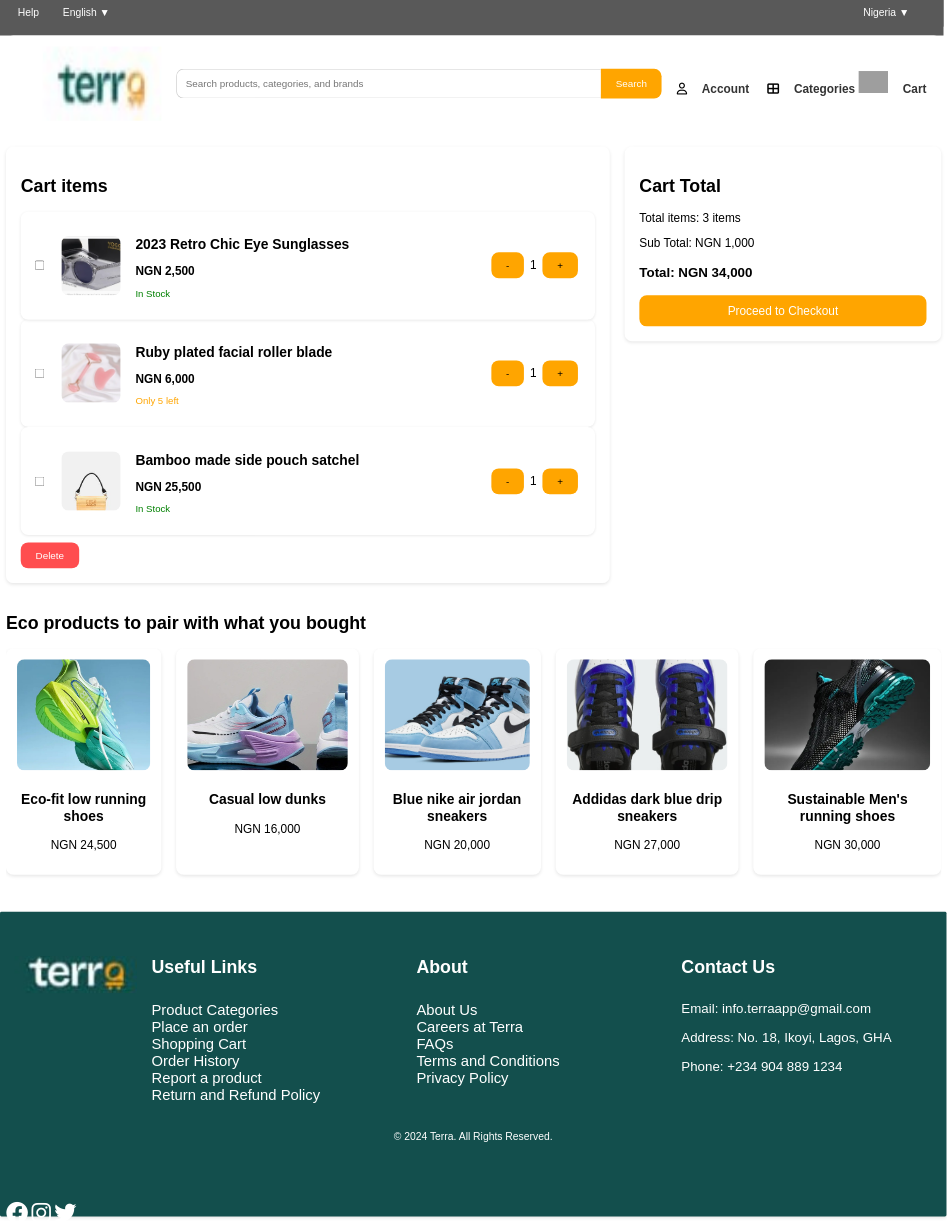
Repository: Femi007-gh/e-commerce
Page: index.html
The author's editor kept a copy of each file at every save. The page is drawn from the files as they stood at one save, then again after the next save.
The browser window is 1280 px wide. The pictures show the whole page, at 74% of full size.
Pictures or frames that could not be fetched are drawn as grey boxes.

Above is the page before, as saved 2025-04-29 13:58:21.

### index.html
<html>
    <head>
      <title>Shopping Cart Page</title>
      <link rel="stylesheet" href="https://cdnjs.cloudflare.com/ajax/libs/font-awesome/6.4.0/css/all.min.css" />
      <link rel="stylesheet" href="style.css">
    </head>
  <body>
    <header>
    <div class="div1">
<div class="top-bar">
  <div class="left">
    <div class="dropdown">
      <button class="dropbtn">Help</button>
    </div>
    <div class="dropdown">
      <button class="dropbtn">English ▼</button>
      <div class="dropdown-content">
        <a href="#">English</a>
        <a href="#">Japanese</a>
        <a href="#">Korean</a>
      </div>
    </div>
  </div>
  <div class="right">
    <div class="dropdown">
      <button class="dropbtn">Nigeria ▼</button>
      <div class="dropdown-content">
        <a href="#">Nigeria</a>
        <a href="#">USA</a>
        <a href="#">China</a>
        </div>
      </div>
     </div>
   </div>
  </div>

<nav class="nav-bar">
  <div class="logo"><img src="terra.jpg" class="ter"></div>
  <div class="search-bar">
    <input type="text" placeholder="Search products, categories, and brands">
    <button>Search</button>
  </div>
  <div class="nav-icons">
    <i class="fa-regular fa-user"></i><a href="#">Account</a>
    <i class="fa-solid fa-table-cells-large"></i><a href="#">Categories</a>
    <img src="cart.png" class="cat"><a href="#">Cart</a>
  </div>
</nav>


<main class="cart-page">
  <section class="cart-section">
    <h2>Cart items</h2>

    <div class="cart-items">
      <div class="cart-item">
        <input type="checkbox">
        <img src="glass.jpg" alt="Retro Chic Eye Sunglasses">
        <div class="item-details">
          <h3>2023 Retro Chic Eye Sunglasses</h3>
          <p class="price">NGN 2,500</p>
          <p class="stock in-stock">In Stock</p>
        </div>
        <div class="item-quantity">
          <button class="minus">-</button>
          <span>1</span>
          <button>+</button>
        </div>
      </div>
      </div>

      <div class="cart-item">
        <input type="checkbox">
        <img src="roll.jpg" alt="Ruby plated facial roller blade">
        <div class="item-details">
          <h3>Ruby plated facial roller blade</h3>
          <p class="price">NGN 6,000</p>
          <p class="stock low-stock">Only 5 left</p>
        </div>
        <div class="item-quantity">
          <button class="minus">-</button>
          <span>1</span>
          <button>+</button>
        </div>
      </div>

      <div class="cart-item">
        <input type="checkbox">
        <img src="bamboo.jpeg" alt="Bamboo made side pouch satchel">
        <div class="item-details">
          <h3>Bamboo made side pouch satchel</h3>
          <p class="price">NGN 25,500</p>
          <p class="stock in-stock">In Stock</p>
        </div>
        <div class="item-quantity">
          <button class="minus">-</button>
          <span>1</span>
          <button>+</button>
        </div>
      </div>

      <button class="delete-btn">Delete</button>
    </div>
  </section>




<aside class="cart-summary">
  <h2>Cart Total</h2>
  <p>Total items: 3 items</p>
  <p>Sub Total: NGN 1,000</p>
  <p class="total">Total: NGN 34,000</p>
  <button class="checkout-btn">Proceed to Checkout</button>
</aside>
</main>

<section class="recommendation-section">
  <h2>Eco products to pair with what you bought</h2>

  <div class="recommendations">
    <div class="product">
      <img src="low.jpg" alt="Eco-fit low running shoes">
      <h3>Eco-fit low running shoes</h3>
      <p>NGN 24,500</p>
    </div>
    <div class="product">
      <img src="girl.jpg" alt="Casual low dunks">
      <h3>Casual low dunks</h3>
      <p>NGN 16,000</p>
    </div>
    <div class="product">
      <img src="nike.jpg" alt="Black Love themed bamboo high tops">
      <h3>Blue nike air jordan sneakers</h3>
      <p>NGN 20,000</p>
    </div>
    <div class="product">
      <img src="adidas.jpg" alt="White Love themed bamboo high tops">
      <h3>Addidas dark blue drip sneakers</h3>
      <p>NGN 27,000</p>
    </div>
    <div class="product">
      <img src="men.jpg" alt="Sustainable Men's running shoes">
      <h3>Sustainable Men's running shoes</h3>
      <p>NGN 30,000</p>
    </div>
  </div>
</section>

<footer class="footer">
  <div class="footer-top">
    <img src="a.jpg" class="a">
    <div class="footer-links">
      <h4>Useful Links</h4>
      <ul>
        <li><a href="#">Product Categories</a></li>
        <li><a href="#">Place an order</a></li>
        <li><a href="#">Shopping Cart</a></li>
        <li><a href="#">Order History</a></li>
        <li><a href="#">Report a product</a></li>
        <li><a href="#">Return and Refund Policy</a></li>
      </ul>
    </div>
    <div class="footer-about">
      <h4>About</h4>
      <ul>
        <li><a href="#">About Us</a></li>
        <li><a href="#">Careers at Terra</a></li>
        <li><a href="#">FAQs</a></li>
        <li><a href="#">Terms and Conditions</a></li>
        <li><a href="#">Privacy Policy</a></li>
      </ul>
    </div>
    <div class="footer-contact">
      <h4>Contact Us</h4>
      <p>Email: info.terraapp@gmail.com</p>
      <p>Address: No. 18, Ikoyi, Lagos, GHA</p>
      <p>Phone: +234 904 889 1234</p>
    </div>
  </div>

  <div class="footer-bottom">
    <p>&copy; 2024 Terra. All Rights Reserved.</p>
  </div>
</footer>

<i class="fa-brands fa-facebook"></i>
<i class="fa-brands fa-instagram"></i>
<i class="fa-brands fa-twitter"></i>
  </body>
</html>

### style.css
body{
  font-family: Arial;
}
.div1{
  background-color: #595959;
  width: 101%;
  height: 50px;
  margin-left: -10px;
  margin-top: -10px;
}
.top-bar {
  background-color:  #595959;
  color: white;
  padding: 10px 20px;
  display: flex;
  justify-content: space-between;
  font-size: 14px;
}

.top-bar .left, .top-bar .right {
  display: flex;
  align-items: center;
}

.dropdown {
  position: relative;
  margin-right: 20px;
}

.dropbtn {
  background: none;
  border: none;
  color: white;
  cursor: pointer;
  font-size: 14px;
}

.dropdown-content {
  display: none;
  position: absolute;
  background-color: white;
  color:  #595959;
  min-width: 100px;
  border-radius: 5px;
  box-shadow: 0px 8px 16px rgba(0,0,0,0.2);
  z-index: 1;
}

.dropdown-content a {
  padding: 8px 12px;
  display: block;
  text-decoration: none;
  color: black;
}

.dropdown-content a:hover {
  background-color: #f1f1f1;
}

.dropdown:hover .dropdown-content {
  display: block;
}

.nav-icons a {
  margin-left: 20px;
  text-decoration: none;
  color: #333;
  font-weight: 600;
}


/* Nav bar */
.nav-bar {
  display: flex;
  justify-content: space-between;
  align-items: center;
  background: white;
  padding: 15px 20px;
  margin-bottom: 20px;
  border-radius: 10px;
}

.nav-bar .logo {
  font-weight: 700;
  font-size: 24px;
}

.search-bar {
  flex: 1;
  margin: 0 20px;
  display: flex;
}

.search-bar input {
  flex: 1;
  padding: 8px 12px;
  border: 1px solid #ccc;
  border-right: none;
  border-radius: 10px 0 0 10px;
  height: 40px;
}

.search-bar button {
  padding: 8px 20px;
  background-color: orange;
  color: white;
  border: none;
  border-radius: 0 10px 10px 0;
  cursor: pointer;
}

.nav-icons a {
  margin-left: 20px;
  text-decoration: none;
  color: #333;
}



/* Cart summary */
.cart-summary {
  flex: 1;
  background: white;
  padding: 20px;
  border-radius: 10px;
  box-shadow: 0 2px 5px rgba(0,0,0,0.1);
  height: fit-content;
}

.cart-summary h2 {
  margin-bottom: 20px;
}

.cart-summary p {
  margin-bottom: 10px;
}

.cart-summary .total {
  font-weight: bold;
  font-size: 18px;
  margin: 20px 0;
}

.checkout-btn {
  background-color: orange;
  color: white;
  width: 100%;
  padding: 12px;
  border: none;
  border-radius: 10px;
  cursor: pointer;
  font-size: 16px;
}


/* Cart page */
.cart-page {
  display: flex;
  gap: 20px;
  margin-bottom: 40px;
}

.cart-section {
  flex: 2;
  background: white;
  padding: 20px;
  border-radius: 10px;
  box-shadow: 0 2px 5px rgba(0,0,0,0.1);
}

.cart-section h2 {
  margin-bottom: 20px;
}

.cart-items {
  display: flex;
  flex-direction: column;
  gap: 20px;
}

.cart-item {
  display: flex;
  align-items: center;
  gap: 20px;
  background: white;
  padding: 15px;
  border-radius: 10px;
  box-shadow: 0 1px 4px rgba(0,0,0,0.1);
}

.cart-item img {
  width: 80px;
  height: 80px;
  object-fit: cover;
  border-radius: 10px;
}

.item-details {
  flex: 1;
}

.item-details h3 {
  margin-bottom: 5px;
}

.item-details .price {
  font-weight: bold;
  margin-bottom: 5px;
}

.item-details .stock {
  font-size: 13px;
}

.stock.in-stock {
  color: green;
}

.stock.low-stock {
  color: orange;
}

.quantity-controls span {
  font-size: 18px;
}

.delete-btn {
  background: #ff4d4f;
  color: white;
  padding: 10px 20px;
  border: none;
  border-radius: 10px;
  cursor: pointer;
  margin-top: 10px;
}



.item-quantity {
  display: flex;
  align-items: center;
}

.item-quantity button {
  background-color: orange;
  border: none;
  padding: 10px 20px;
  margin: 0 0.5rem;
  border-radius: 10px;
}

.delete-cart {
  text-align: right;
  margin-top: 1rem;
}

.ter {
  height: 100px;
  width: 160px;
  margin-left: 30px;
}

/* Recommendation section */
.recommendation-section {
  margin-bottom: 40px;
}

.recommendation-section h2 {
  margin-bottom: 20px;
}

.recommendations {
  display: flex;
  gap: 20px;
  overflow-x: auto;
}

.product {
  background: white;
  padding: 15px;
  border-radius: 10px;
  box-shadow: 0 2px 5px rgba(0,0,0,0.1);
  min-width: 180px;
  text-align: center;
  margin-bottom: 10px;
}

.product img {
  width: 100%;
  height: 150px;
  object-fit: cover;
  margin-bottom: 10px;
  border-radius: 10px;
}

.cat {
  height: 30px;
}

/* Footer */
.footer {
  background: #134F4D;
  padding: 30px 20px;
  border-radius: 2px;
  box-shadow: 0 2px 5px rgba(0,0,0,0.1);
  width: 98%;
  margin-left: -8px;
  height: 50%;
  margin-bottom: -20px;
}

.footer-top {
  display: flex;
  flex-wrap: wrap;
  gap: 20px;
  margin-bottom: 20px;
}

.footer-logo {
  flex: 1;
}

.footer-links, .footer-about, .footer-contact {
  flex: 1;
  min-width: 200px;
}

.footer-links ul, .footer-about ul {
  list-style: none;
  margin-top: 10px;
}

.footer-links a, .footer-about a {
  text-decoration: none;
  color: white;
  font-size: 14px;
  font-size: 20px;
  margin-left: -40px;
}

.footer-contact p {
  margin-top: 10px;
  font-size: 18px;
  color: white;
}

.footer-bottom {
  text-align: center;
  font-size: 14px;
  color: white;
  margin-top: 10px;
}

h4 {
  color: white;
  font-size: 24px;
}

.fa-solid {
  margin-left: 20px;
}

.a {
  height: 50px;
  cursor: pointer;
  margin-top: 30px;
}

.fa-brands {
  color: white;
  font-size: 30px;
}

After the next save:
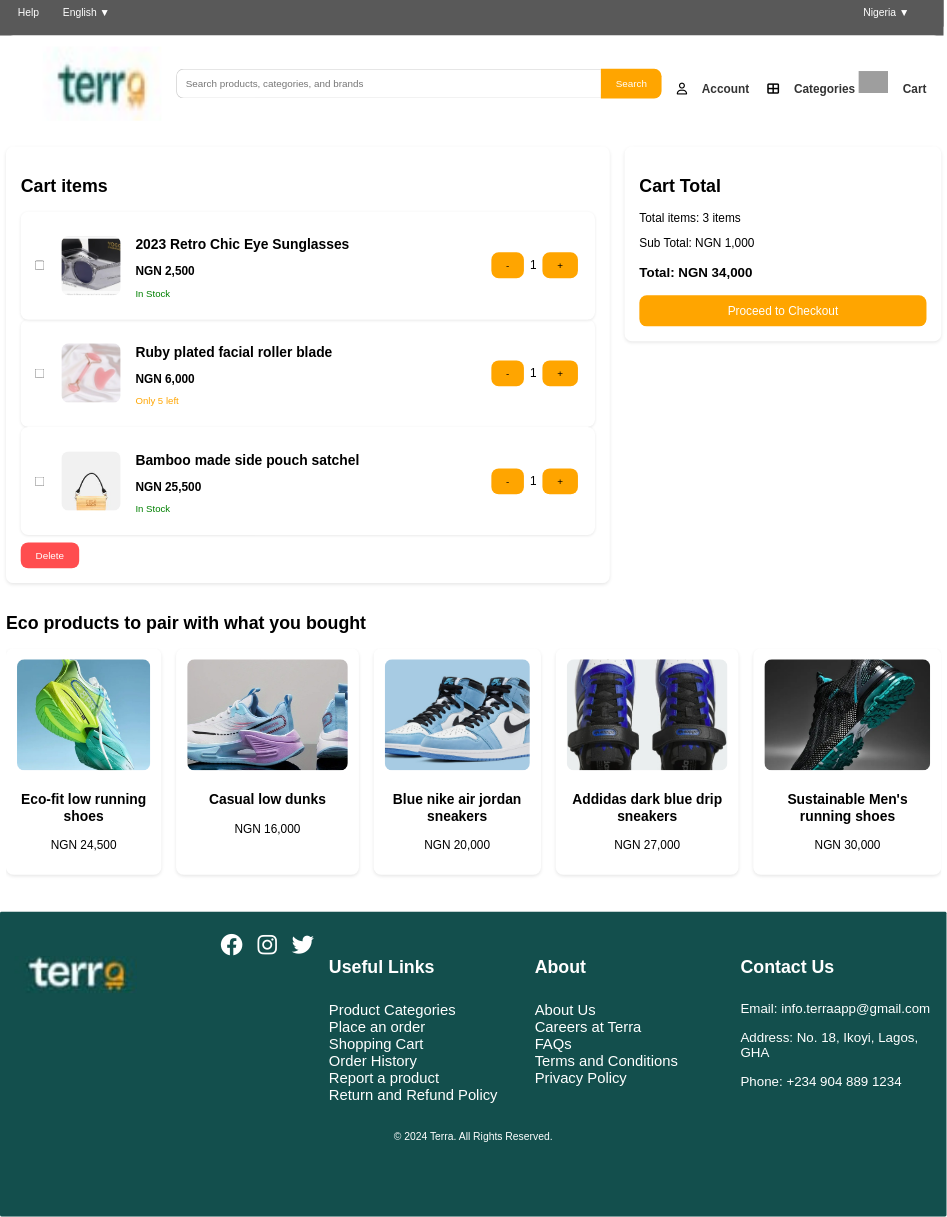
Saved 18 s later.
--- a/index.html
+++ b/index.html
@@ -149,7 +149,11 @@
 
 <footer class="footer">
   <div class="footer-top">
-    <img src="a.jpg" class="a">
+    <div class="footer-logo"><img src="a.jpg" class="a">
+    </div>
+    <i class="fa-brands fa-facebook"></i>
+    <i class="fa-brands fa-instagram"></i>
+    <i class="fa-brands fa-twitter"></i>
     <div class="footer-links">
       <h4>Useful Links</h4>
       <ul>
@@ -183,9 +187,5 @@
     <p>&copy; 2024 Terra. All Rights Reserved.</p>
   </div>
 </footer>
-
-<i class="fa-brands fa-facebook"></i>
-<i class="fa-brands fa-instagram"></i>
-<i class="fa-brands fa-twitter"></i>
   </body>
 </html>
